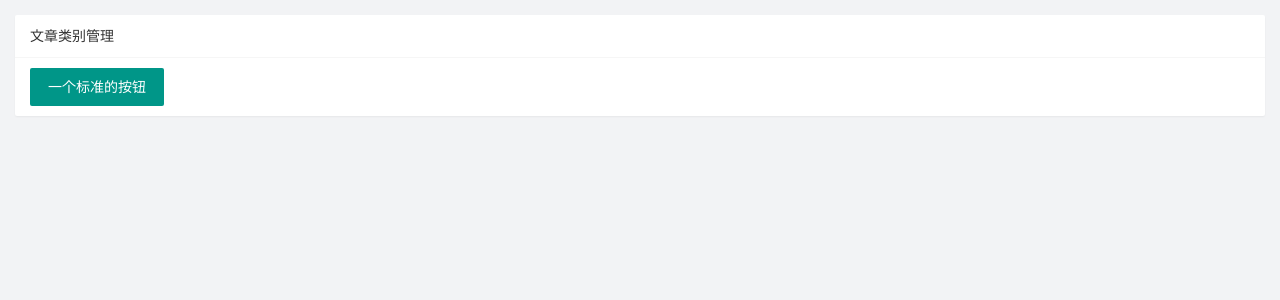
Repository: Janshen111/web_bigevent
Page: article/art_cate.html
The author's editor kept a copy of each file at every save. The page is drawn from the files as they stood at one save, then again after the next save.
The browser window is 1280 px wide. The pictures show the whole page.

Above is the page before, as saved 2022-09-01 14:13:49.

### article/art_cate.html
<!DOCTYPE html>
<html lang="en">

<head>
    <meta charset="UTF-8">
    <meta http-equiv="X-UA-Compatible" content="IE=edge">
    <meta name="viewport" content="width=device-width, initial-scale=1.0">
    <title>Document</title>
    <link rel="stylesheet" href="/assets/lib/layui/css/layui.css">
    <link rel="stylesheet" href="/assets/css/article/art_cate.css">
</head>

<body>
    <!-- 卡片面板 -->
    <div class="layui-card">
        <div class="layui-card-header">
            <span>文章类别管理</span>
        </div>
        <div class="layui-card-body">
            <button type="button" class="layui-btn">一个标准的按钮</button>
        </div>
    </div>

</body>

</html>

Loaded but not shown: assets/lib/layui/css/layui.css (library); assets/css/article/art_cate.css (common file)

After the next save:
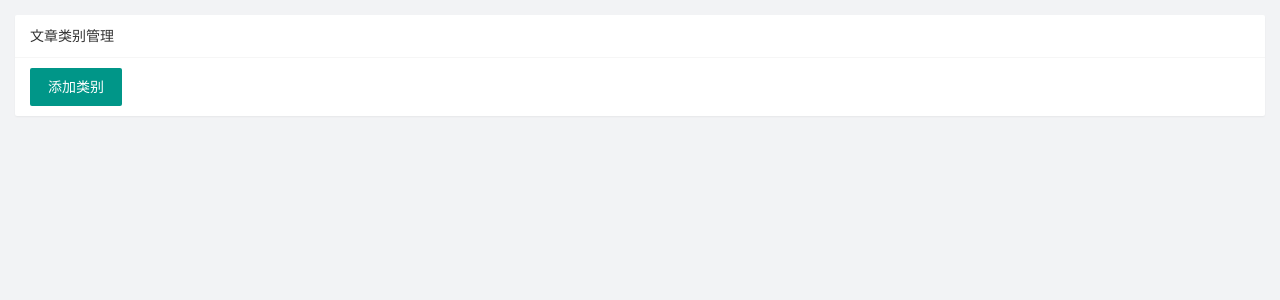
Saved 17 s later.
--- a/article/art_cate.html
+++ b/article/art_cate.html
@@ -17,7 +17,7 @@
             <span>文章类别管理</span>
         </div>
         <div class="layui-card-body">
-            <button type="button" class="layui-btn">一个标准的按钮</button>
+            <button type="button" class="layui-btn">添加类别</button>
         </div>
     </div>
 
